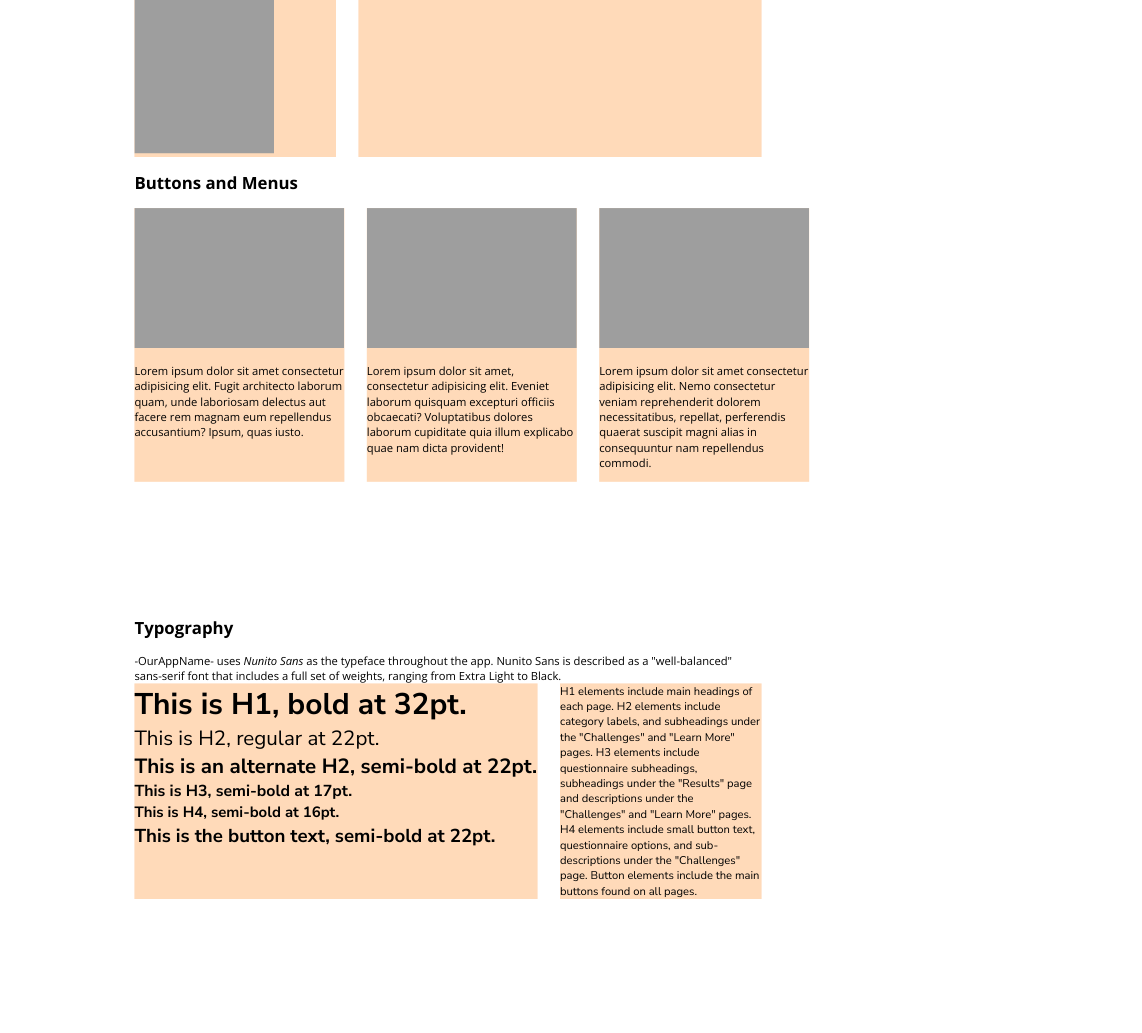
Repository: seohyun9672/Timearth-A6Styleguide
Page: page2.html
The author's editor kept a copy of each file at every save. The page is drawn from the files as they stood at one save, then again after the next save.
The browser window is 1280 px wide. The page is 1632 px wide, so the pictures cover 1632 px, including what lies to the right of the window. The pictures show the part of the page from y = 936 to 2456 px (the page is 2412 px tall before and 2456 px after), at 70% of full size.
Pictures or frames that could not be fetched are drawn as grey boxes.

Above is the page before, as saved 2022-03-20 20:05:37.

### page2.html
<!DOCTYPE html>
<html lang="en">
  <head>
    <meta charset="UTF-8" />
    <meta http-equiv="X-UA-Compatible" content="IE=edge" />
    <meta name="viewport" content="width=device-width, initial-scale=1.0" />
    <title>Document</title>
    <link rel="stylesheet" href="stylesheet.css" />
  </head>

  <body>
    <ul class="navbar">
      <li><a href="/page1.html">App Name</a></li>
      <div class="navbar-active">
        <li><a href="/page1.html">Logo</a></li>
        <li><a href="/page2.html">Colour & Typography</a></li>
        <li><a href="/page3.html">Imagery & Graphics</a></li>
        <li><a href="/ref.html">Reference</a></li>
      </div>
    </ul>
    <section class="color-palette page2">
      <h1>Color Palette</h1>
      <img class="palette" src="https://placekitten.com/1440/100" />
      <div>
        <h2>Description of colour palette</h2>
        <p>
          Lorem ipsum dolor sit amet, consectetur adipisicing elit. Culpa neque
          mollitia quae asperiores ad odit vitae iste minima totam harum
          distinctio qui beatae ea ut et adipisci, excepturi at iusto
          reprehenderit reiciendis fugit fuga nisi. Eligendi ut magni adipisci
          nulla architecto reprehenderit? Nemo eos accusamus optio nobis
          distinctio veritatis eius.
        </p>
      </div>
      <div></div>
      <div class="col-2">
        <div class="col">
          <img src="https://placekitten.com/200/600" />
        </div>
        <div class="col">Lorem ipsum dolor sit amet consectetur adipisicing elit. Corrupti laudantium illo iure alias recusandae accusamus reiciendis consequatur aliquid sint veritatis modi dolores, eveniet porro tempore similique aspernatur. Quas, hic quo sed necessitatibus illum suscipit molestiae consequuntur sit provident nobis ullam repellat obcaecati ipsa quos in cumque mollitia eius ratione facilis ut libero laboriosam tempora eum sint! Nisi sapiente veritatis ad iure esse magni reprehenderit odio non perferendis, sed recusandae beatae corporis quasi ipsam assumenda unde!</div>
      </div>
      <h2>Buttons and Menus</h2>
      <div class="col-3">
        <div class="col">
          <img src="https://placekitten.com/300/200" />
          <p>
            Lorem ipsum dolor sit amet consectetur adipisicing elit. Fugit
            architecto laborum quam, unde laboriosam delectus aut facere rem
            magnam eum repellendus accusantium? Ipsum, quas iusto.
          </p>
        </div>
        <div class="col">
          <img src="https://placekitten.com/300/200" />
          <p>
            Lorem ipsum dolor sit amet, consectetur adipisicing elit. Eveniet
            laborum quisquam excepturi officiis obcaecati? Voluptatibus dolores
            laborum cupiditate quia illum explicabo quae nam dicta provident!
          </p>
        </div>
        <div class="col">
          <img src="https://placekitten.com/300/200" />
          <p>
            Lorem ipsum dolor sit amet consectetur adipisicing elit. Nemo
            consectetur veniam reprehenderit dolorem necessitatibus, repellat,
            perferendis quaerat suscipit magni alias in consequuntur nam
            repellendus commodi.
          </p>
        </div>
      </div>
    </section>
    <section class="typo page2">
      <h1>Typography</h1>
      <div>
        -OurAppName- uses <em>Nunito Sans</em> as the typeface throughout the
        app. Nunito Sans is described as a "well-balanced" sans-serif font that includes a full set of weights, ranging from Extra Light to Black.
      </div>
      <div class="col-2-font">
        <div class="col nunito">
            <div class="nh1">This is H1, bold at 32pt.</div>

            <div class="nh2">This is H2, regular at 22pt.</div>

            <div class="nh2-2">This is an alternate H2, semi-bold at 22pt.</div>

            <div class="nh3">This is H3, semi-bold at 17pt.</div>

            <div class="nh4">This is H4, semi-bold at 16pt.</div>

            <div class="nbtn">This is the button text, semi-bold at 22pt.</div>
        </div>
        <div class="col nunito">
          H1 elements include main headings of each page.
          H2 elements include category labels, and subheadings under the "Challenges" and "Learn More" pages.
          H3 elements include questionnaire subheadings, subheadings under the "Results" page and descriptions under the "Challenges" and "Learn More" pages.
          H4 elements include small button text, questionnaire options, and sub-descriptions under the "Challenges" page.
          Button elements include the main buttons found on all pages.
        </div>
      </div>
    </section>
  </body>
</html>

### stylesheet.css
/* import fonts */
@import url('https://fonts.googleapis.com/css2?family=Nunito+Sans:ital,wght@0,200;0,300;0,400;0,600;0,700;0,800;0,900;1,200;1,300;1,400;1,600;1,700;1,800;1,900&family=Open+Sans:ital,wght@0,300;0,400;0,500;0,600;0,700;0,800;1,300;1,400;1,500;1,600;1,700;1,800&display=swap');

body{
    margin: 0;
    font-family: 'open sans', san-serif;
  }

/* NAVBAR */

ul {
  list-style-type: none;
  margin: 0;
  padding: 0;
  overflow: hidden;
  background-color: #333;
}

li {
  float: left;
}

li a {
  display: block;
  color: white;
  text-align: center;
  padding: 14px 16px;
  text-decoration: none;
}

li a:hover {
  background-color: #111;
}

.navbar-active{
    float: right;
}

/* LOGO */

.section-logo {
    display: flex;
    flex-direction: column;
    justify-content: flex-start;
    align-items: center;
}

.logo-description {
    display: flex;
}
.logo-variation {
    display: flex;
    justify-content: space-evenly;
}

.logo-colourpalette {
    display: flex;
    width: 100%;
    justify-content: space-between;
}

.section-cont {
    width: 940px;
}
.colour-cont {
    display: flex;
    flex-direction: column;
}
.colour-name {
    font-weight: bold;
}

.logo-typography {
    display: flex;
}

.logo-usage {
    display: flex;
    flex-direction: column;
}

.logo-usage-desc {
    display: flex;
}

.section-cont colour {
    display: flex;
}

/* page 2 */

.page2 {
    margin:12em;
}
.col-3 {
    display:grid;
    grid-template-columns: 1fr 1fr 1fr;
    grid-gap:2em;
}
.col-2 {
    display:grid;
    grid-template-columns: 1fr 2fr;
    grid-gap:2em;
}
.col-2-font {
    display:grid;
    grid-template-columns: 2fr 1fr;
    grid-gap:2em;
}
.col {
    background-color:peachpuff;
}
.nunito {
    font-family: 'nunito sans', Arial, Helvetica, sans-serif;
}
.nh1 {
    font-weight: bold;
    font-size:32pt;
}
.nh2 {
    font-size:22pt;
}
.nh2-2 {
    font-size:22pt;
    font-weight:bolder;
}
.nh3 {
    font-size:17pt;
    font-weight:bolder;
}
.nh4 {
    font-size:16pt;
    font-weight:bolder;
}
.nbtn {
    font-size:20pt;
    font-weight:bolder;
}

After the next save:
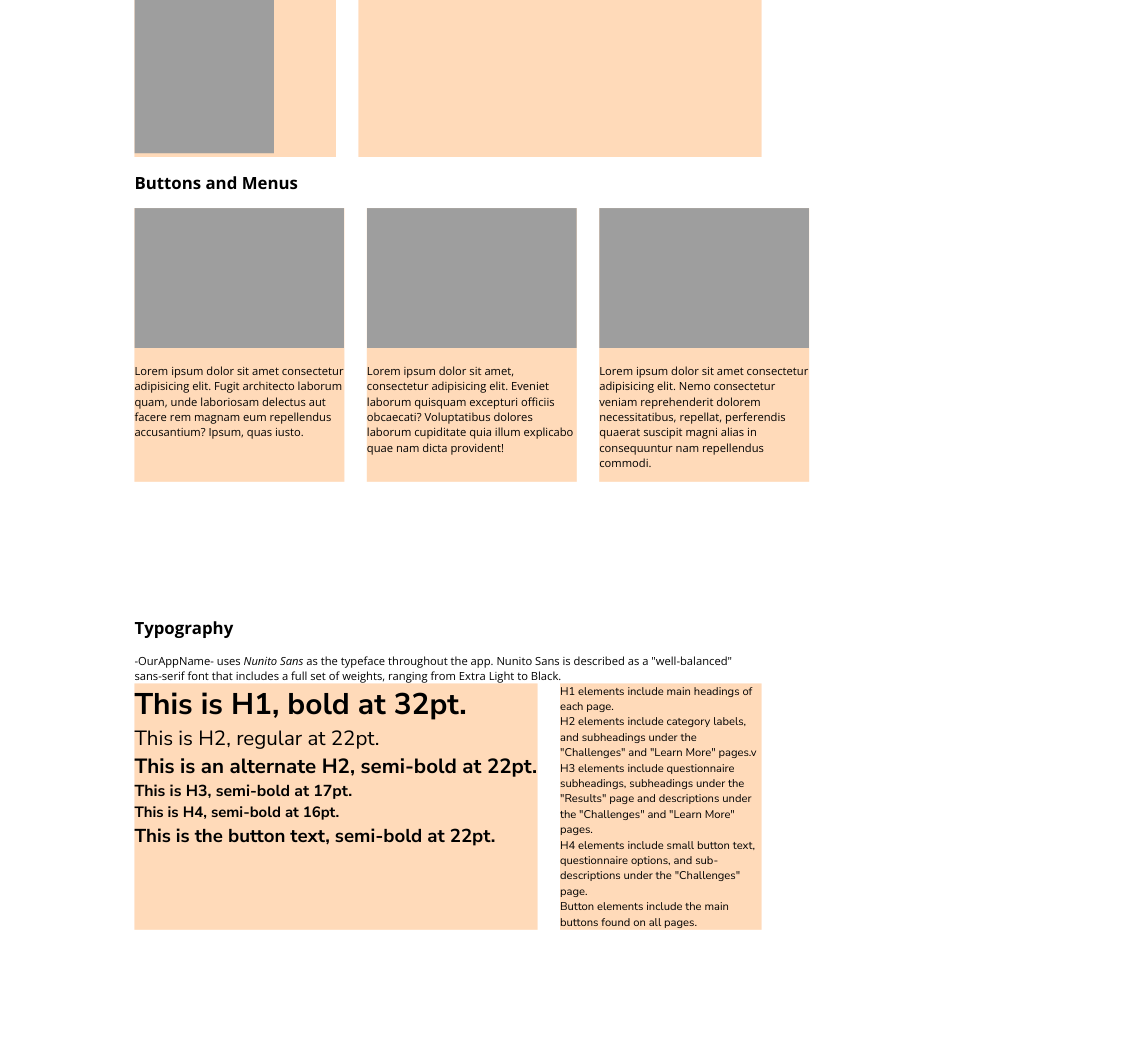
Saved 38 s later.
--- a/page2.html
+++ b/page2.html
@@ -89,11 +89,11 @@
             <div class="nbtn">This is the button text, semi-bold at 22pt.</div>
         </div>
         <div class="col nunito">
-          H1 elements include main headings of each page.
-          H2 elements include category labels, and subheadings under the "Challenges" and "Learn More" pages.
-          H3 elements include questionnaire subheadings, subheadings under the "Results" page and descriptions under the "Challenges" and "Learn More" pages.
-          H4 elements include small button text, questionnaire options, and sub-descriptions under the "Challenges" page.
-          Button elements include the main buttons found on all pages.
+          H1 elements include main headings of each page. <br>
+          H2 elements include category labels, and subheadings under the "Challenges" and "Learn More" pages.v<br>
+          H3 elements include questionnaire subheadings, subheadings under the "Results" page and descriptions under the "Challenges" and "Learn More" pages. <br>
+          H4 elements include small button text, questionnaire options, and sub-descriptions under the "Challenges" page. <br>
+          Button elements include the main buttons found on all pages. <br>
         </div>
       </div>
     </section>
